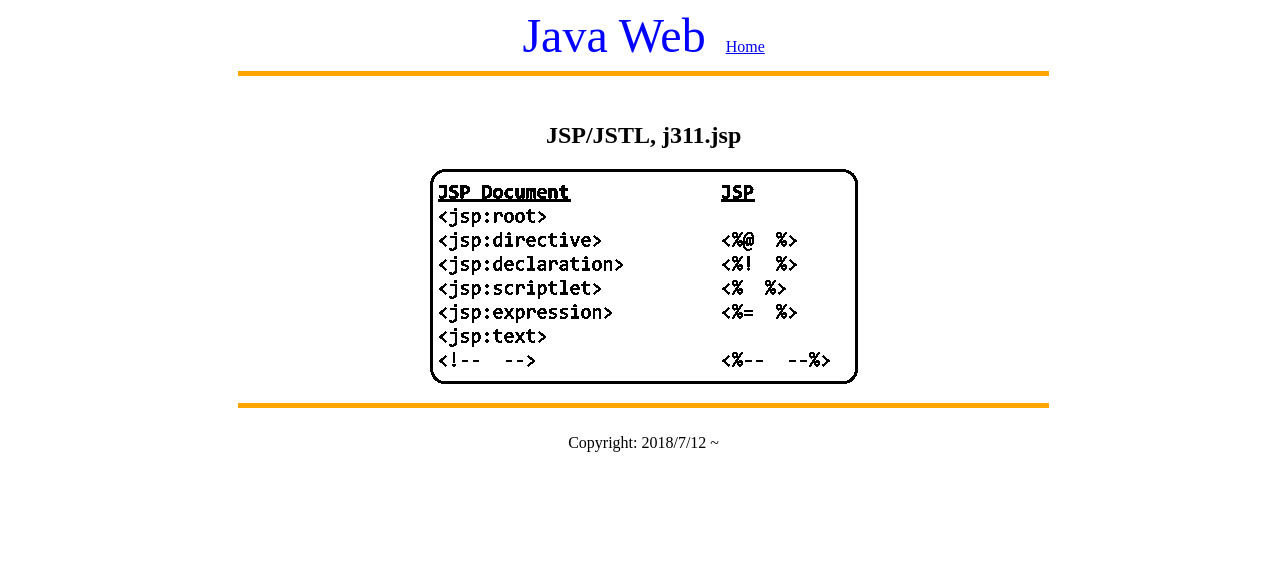
Repository: anxhuang/Java_Web
Page: http://localhost/code/j312.jsp
An editor plug-in stored every save of this project. The page is shown before and after the next save, followed by the edit.
The browser window is 1280 px wide. The pictures show the whole page.
The page is served by Tomcat 9. Other server files are loaded and not shown.

Above is the page before, as saved 2018-07-24 12:26:09.

### code/WebContent/j312.jsp
<%@ page language="java"  pageEncoding="UTF-8"%>

<%@ taglib uri="http://java.sun.com/jsp/jstl/core" prefix="c" %>
<%@ taglib uri="http://java.sun.com/jsp/jstl/core" prefix="fmt" %>

<!DOCTYPE html PUBLIC "-//W3C//DTD HTML 4.01 Transitional//EN" "http://www.w3.org/TR/html4/loose.dtd">
<html>
<head>

<title>Insert title here</title>
</head>
<body>

	<%@ include file="banner.jsp" %>

	<div align="center" id="div1">
		<h2>JSP/JSTL, j311.jsp</h2>
		<img src="JSP.bmp"><br><h3><font color="blue">




		</font></h3>
	</div>

	<%@ include file="footer.jsp" %>

</body>
</html>

### code/WebContent/banner.jsp
<%@ page language="java" pageEncoding="UTF-8"%>
<!DOCTYPE html PUBLIC "-//W3C//DTD HTML 4.01 Transitional//EN" "http://www.w3.org/TR/html4/loose.dtd">
<html>
<head>
<title>Insert title here</title>
<style>
	div{
		width: 80%;
		margin-left: 130px;
	}
</style>
</head>
<body>

	<div align="center">
		<font size="36" color="blue">Java Web</font> &nbsp; &nbsp; <a href="index.jsp">Home</a><br>
		<hr width="80%" color="orange" size="5"><br>
	</div>
<!--
</body>
</html>
 -->

### code/WebContent/footer.jsp
<!--<%@ page language="java" pageEncoding="UTF-8"%>
<!DOCTYPE html PUBLIC "-//W3C//DTD HTML 4.01 Transitional//EN" "http://www.w3.org/TR/html4/loose.dtd">
<html>
<head>
<title>Insert title here</title>
<style>
	div{
		width: 80%;
		margin-left: 130px;
	}
</style>
</head>
<body>
-->
	<div align="center">
		<hr width="80%" color="orange" size="5"><br>
		Copyright: 2018/7/12 ~
	</div>

</body>
</html>

After the next save:
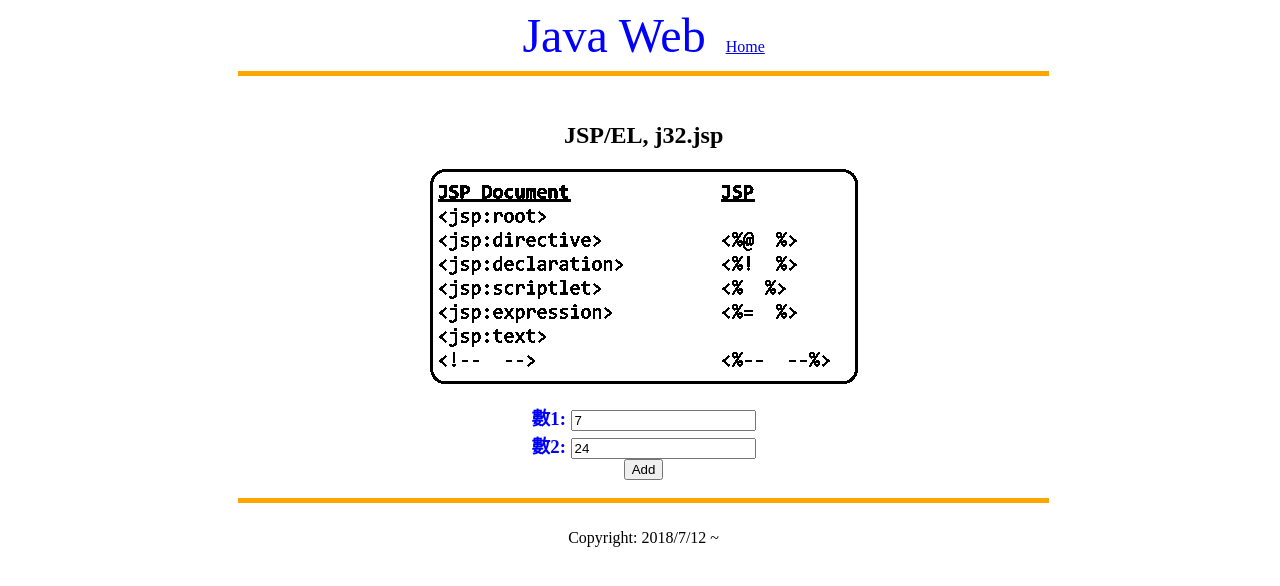
Saved 93 s later.
--- a/code/WebContent/j312.jsp
+++ b/code/WebContent/j312.jsp
@@ -1,7 +1,4 @@
 <%@ page language="java"  pageEncoding="UTF-8"%>
-
-<%@ taglib uri="http://java.sun.com/jsp/jstl/core" prefix="c" %>
-<%@ taglib uri="http://java.sun.com/jsp/jstl/core" prefix="fmt" %>
 
 <!DOCTYPE html PUBLIC "-//W3C//DTD HTML 4.01 Transitional//EN" "http://www.w3.org/TR/html4/loose.dtd">
 <html>
@@ -14,10 +11,14 @@
 	<%@ include file="banner.jsp" %>
 
 	<div align="center" id="div1">
-		<h2>JSP/JSTL, j311.jsp</h2>
+		<h2>JSP/EL, j32.jsp</h2>
 		<img src="JSP.bmp"><br><h3><font color="blue">
 
-
+		<form>
+			數1: <input type="text" name="n1" value="7"><br>
+			數2: <input type="text" name="n2" value="24"><br>
+			<input type="submit" value="Add"><br>
+		</form>
 
 
 		</font></h3>
